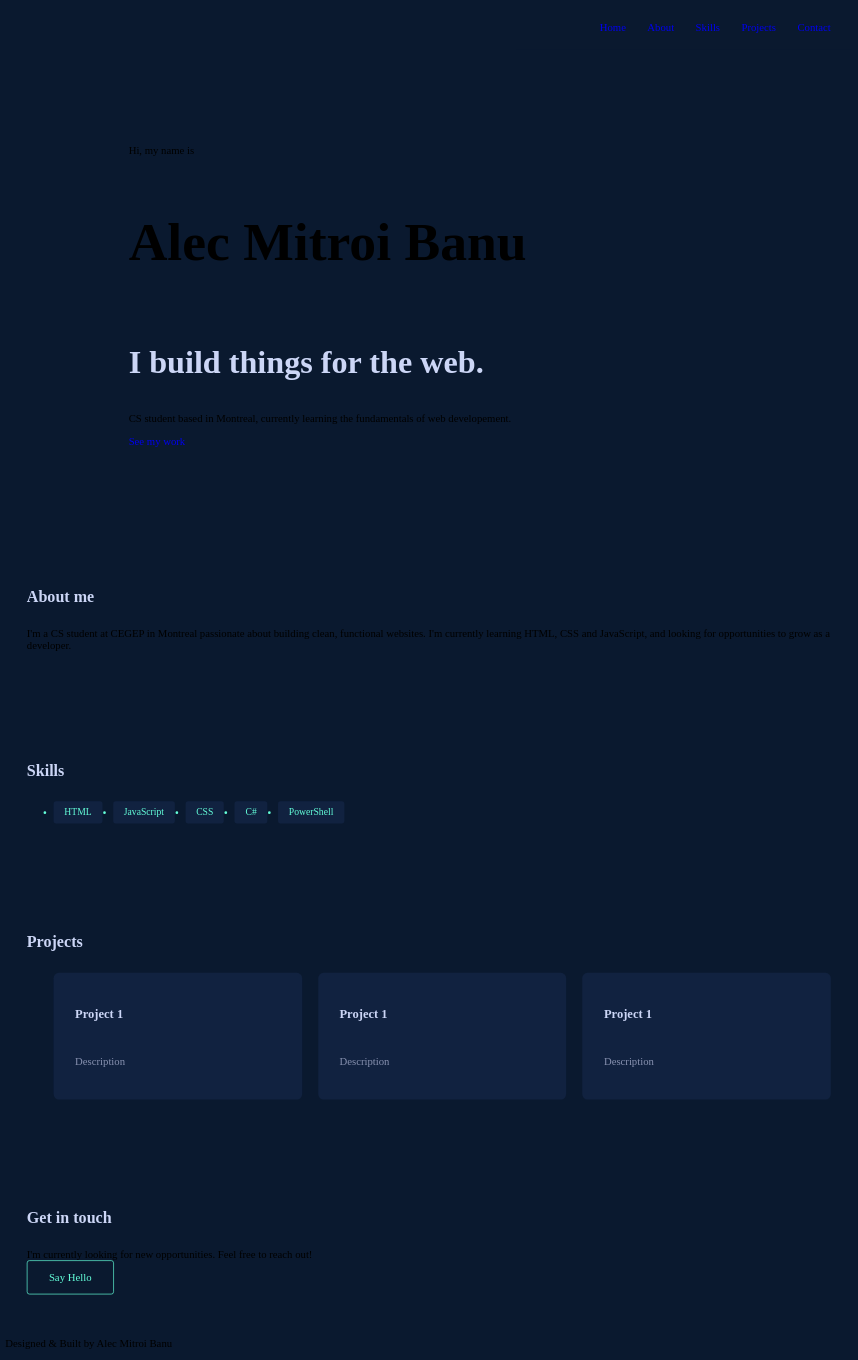
Repository: Alec-Banu/Alec-Banu
Page: index.html
An editor plug-in stored every save of this project. The page is shown before and after the next save, followed by the edit.
The browser window is 1280 px wide. The pictures show the whole page, at 67% of full size.

Above is the page before, as saved 2026-05-04 13:11:29.

After the next save:
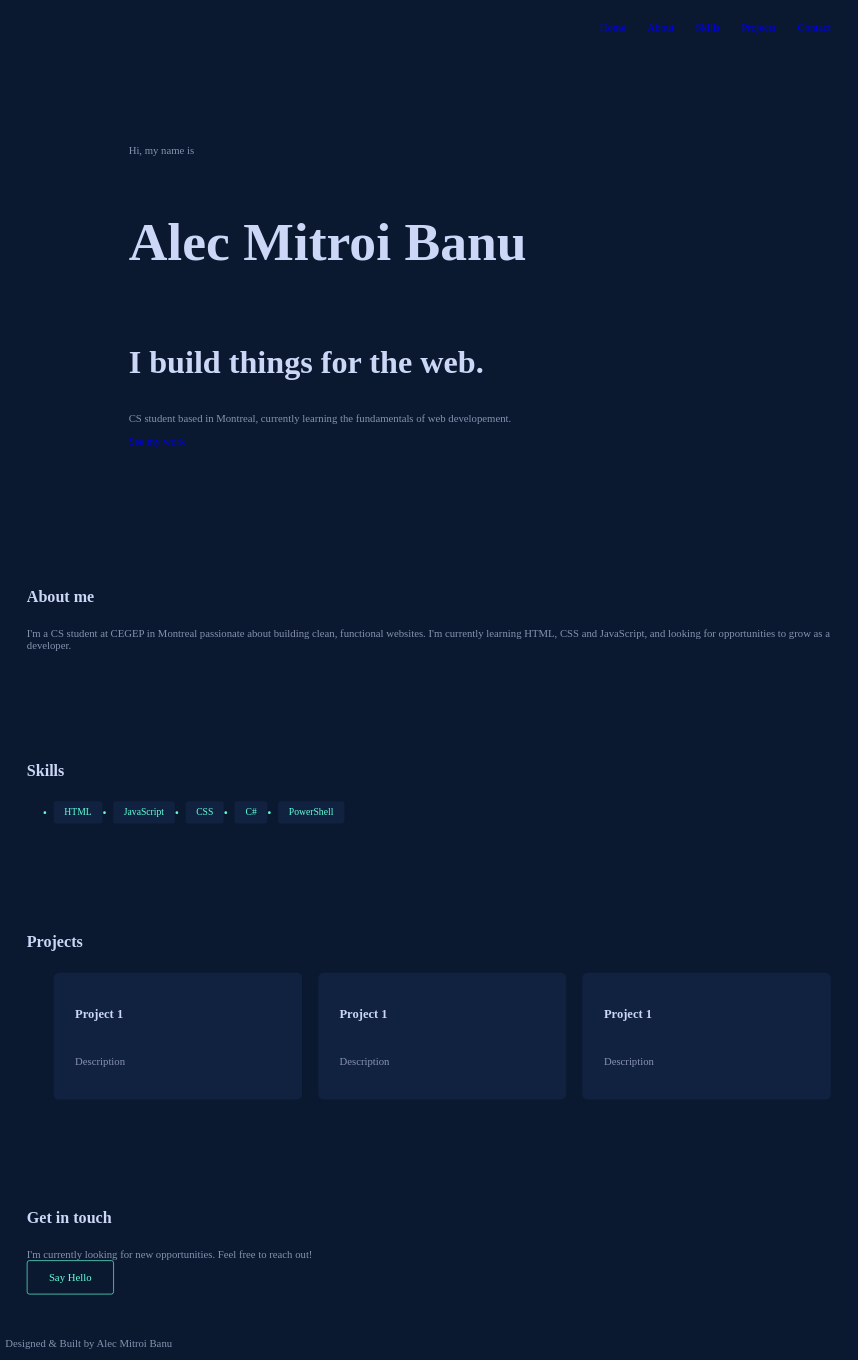
Saved 65 s later.
--- a/styles/index.css
+++ b/styles/index.css
@@ -1,6 +1,19 @@
 body {
   background-color: #0a192f;
 }
+
+h1 {
+    font-size: 2rem;
+    color: #ccd6f6;
+  }
+  h2 {
+    font-size: 1.5rem;
+    color: #8892b0;
+  }
+  p {
+    color: #8892b0;
+    margin: 1rem 0;
+  }
 
 a {
   text-decoration: none;
